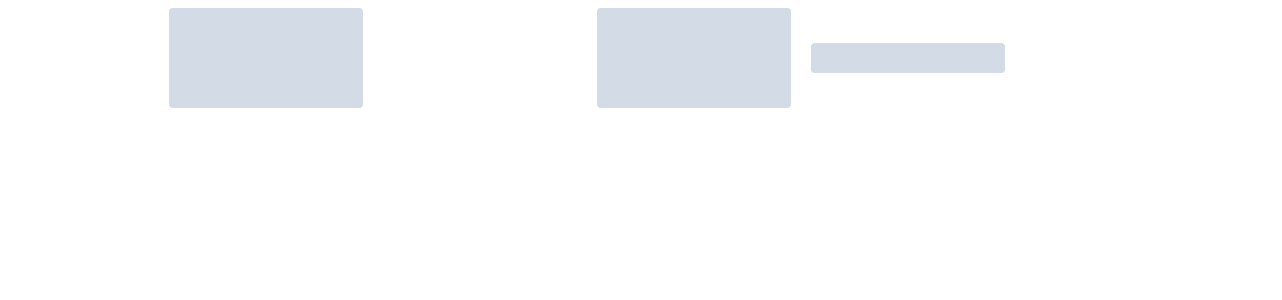
Repository: lagezhou888/element-vue2
Page: /#/button
These files come from the project's save history. The page is drawn as it stood at one moment and after the next save; the edit follows.
The browser window is 1280 px wide. The page is 1282 px wide, so the pictures cover 1282 px, including what lies to the right of the window. The pictures show the whole page.
The project was rebuilt for these pictures with package versions that can differ from the ones it lists, and the page was loaded fresh each time. Also part of the build but not shown: src/components/HelloWorld.vue, src/views/Home.vue.

Above is the page before, as saved 2021-05-13 11:32:23.

### src/main.js
import Vue from 'vue'
import ElementUI from 'element-ui'
import 'element-ui/lib/theme-chalk/index.css'
import App from './App.vue'

// fade/zoom 等
import 'element-ui/lib/theme-chalk/base.css'
// collapse 展开折叠
import CollapseTransition from 'element-ui/lib/transitions/collapse-transition'

import router from './router'
import store from './store'
import '@/plugins/element.js'

Vue.component(CollapseTransition.name, CollapseTransition)
Vue.use(ElementUI, { size: 'small', zIndex: 3000 })
Vue.use(ElementUI)
Vue.config.productionTip = false

new Vue({
  router,
  store,
  render: h => h(App)
}).$mount('#app')

### src/App.vue
<template>
  <div id="app">
    <!-- <div id="nav">
      <router-link to="/">Home</router-link> |
      <router-link to="/about">About</router-link>
    </div> -->
    <router-view/>
  </div>
</template>

<style lang="less">
#app {
  font-family: Avenir, Helvetica, Arial, sans-serif;
  -webkit-font-smoothing: antialiased;
  -moz-osx-font-smoothing: grayscale;
  text-align: center;
  color: #2c3e50;
}

#nav {
  padding: 30px;

  a {
    font-weight: bold;
    color: #2c3e50;

    &.router-link-exact-active {
      color: #42b983;
    }
  }
}
</style>

### src/router/index.js
import Vue from 'vue'
import VueRouter from 'vue-router'
import Home from '../views/Home.vue'

Vue.use(VueRouter)

const routes = [
  {
    path: '/',
    name: 'Home',
    component: Home
  },
  {
    path: '/about',
    name: 'About',
    // route level code-splitting
    // this generates a separate chunk (about.[hash].js) for this route
    // which is lazy-loaded when the route is visited.
    component: () => import(/* webpackChunkName: "about" */ '../views/About.vue')
  },
  {
    path: '/button',
    name: 'button',
    component: () => import('../views/components/use-button.vue')
  }
]

const router = new VueRouter({
  routes
})

export default router

### src/plugins/element.js
import Vue from 'vue'
import {
  Pagination,
  Dialog,
  Autocomplete,
  Dropdown,
  DropdownMenu,
  DropdownItem,
  Menu,
  Submenu,
  MenuItem,
  MenuItemGroup,
  Input,
  InputNumber,
  Radio,
  RadioGroup,
  RadioButton,
  Checkbox,
  CheckboxButton,
  CheckboxGroup,
  Switch,
  Select,
  Option,
  OptionGroup,
  Button,
  ButtonGroup,
  Table,
  TableColumn,
  DatePicker,
  TimeSelect,
  TimePicker,
  Popover,
  Tooltip,
  Breadcrumb,
  BreadcrumbItem,
  Form,
  FormItem,
  Tabs,
  TabPane,
  Tag,
  Tree,
  Alert,
  Slider,
  Icon,
  Row,
  Col,
  Upload,
  Progress,
  Spinner,
  Badge,
  Card,
  Rate,
  Steps,
  Step,
  Carousel,
  CarouselItem,
  Collapse,
  CollapseItem,
  Cascader,
  ColorPicker,
  Transfer,
  Container,
  Header,
  Aside,
  Main,
  Footer,
  Timeline,
  TimelineItem,
  Link,
  Divider,
  Image,
  Calendar,
  Backtop,
  PageHeader,
  CascaderPanel,
  Loading,
  MessageBox,
  Message,
  Notification
} from 'element-ui'

Vue.use(Pagination)
Vue.use(Dialog)
Vue.use(Autocomplete)
Vue.use(Dropdown)
Vue.use(DropdownMenu)
Vue.use(DropdownItem)
Vue.use(Menu)
Vue.use(Submenu)
Vue.use(MenuItem)
Vue.use(MenuItemGroup)
Vue.use(Input)
Vue.use(InputNumber)
Vue.use(Radio)
Vue.use(RadioGroup)
Vue.use(RadioButton)
Vue.use(Checkbox)
Vue.use(CheckboxButton)
Vue.use(CheckboxGroup)
Vue.use(Switch)
Vue.use(Select)
Vue.use(Option)
Vue.use(OptionGroup)
Vue.use(Button)
Vue.use(ButtonGroup)
Vue.use(Table)
Vue.use(TableColumn)
Vue.use(DatePicker)
Vue.use(TimeSelect)
Vue.use(TimePicker)
Vue.use(Popover)
Vue.use(Tooltip)
Vue.use(Breadcrumb)
Vue.use(BreadcrumbItem)
Vue.use(Form)
Vue.use(FormItem)
Vue.use(Tabs)
Vue.use(TabPane)
Vue.use(Tag)
Vue.use(Tree)
Vue.use(Alert)
Vue.use(Slider)
Vue.use(Icon)
Vue.use(Row)
Vue.use(Col)
Vue.use(Upload)
Vue.use(Progress)
Vue.use(Spinner)
Vue.use(Badge)
Vue.use(Card)
Vue.use(Rate)
Vue.use(Steps)
Vue.use(Step)
Vue.use(Carousel)
Vue.use(CarouselItem)
Vue.use(Collapse)
Vue.use(CollapseItem)
Vue.use(Cascader)
Vue.use(ColorPicker)
Vue.use(Transfer)
Vue.use(Container)
Vue.use(Header)
Vue.use(Aside)
Vue.use(Main)
Vue.use(Footer)
Vue.use(Timeline)
Vue.use(TimelineItem)
Vue.use(Link)
Vue.use(Divider)
Vue.use(Image)
Vue.use(Calendar)
Vue.use(Backtop)
Vue.use(PageHeader)
Vue.use(CascaderPanel)

Vue.use(Loading.directive)

Vue.prototype.$loading = Loading.service
Vue.prototype.$msgbox = MessageBox
Vue.prototype.$alert = MessageBox.alert
Vue.prototype.$confirm = MessageBox.confirm
Vue.prototype.$prompt = MessageBox.prompt
Vue.prototype.$notify = Notification
Vue.prototype.$message = Message

### src/views/components/use-button.vue
<template>
  <div>
    <el-row :gutter="20" tag="span" type="flex" align="middle" justify="start">
      <el-col :span="4" :offset="3"><div class="grid-content bg-purple"></div></el-col>
      <el-col :span="4"><div class="kong">&nbsp;</div></el-col>
      <el-col :span="4"><div class="grid-content bg-purple"></div></el-col>
      <el-col :span="4"><div class="grid-content-last bg-purple"></div></el-col>
    </el-row>
  </div>
</template>

<script>
export default ({

})
</script>

<style lang="less" scoped>
  @minH: 100px;
  .bg-purple {
    background: #d3dce6;
  }
  .grid-content {
    border-radius: 4px;
    min-height: @minH;
  }
  .grid-content-last {
    border-radius: 4px;
    min-height: 30px;
  }
  .kong {
    min-height: 1px;
  }
</style>

Loaded but not shown: public/index.html (common file); src/store/index.js (common file)

After the next save:
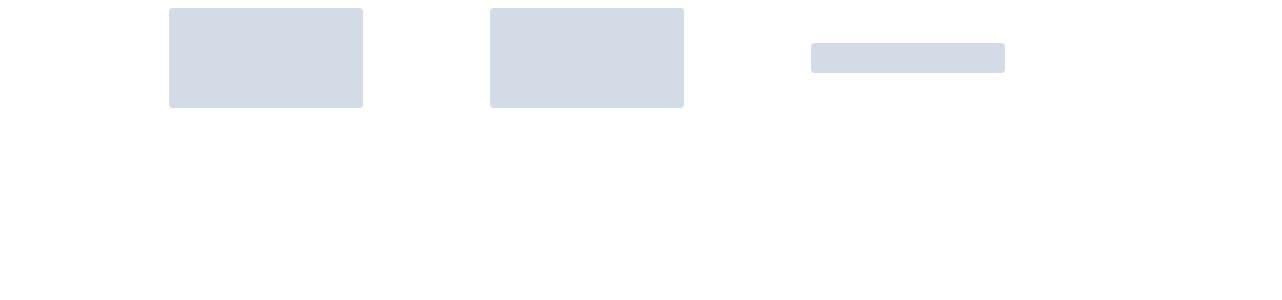
Saved 34 s later.
--- a/src/views/components/use-button.vue
+++ b/src/views/components/use-button.vue
@@ -2,8 +2,8 @@
   <div>
     <el-row :gutter="20" tag="span" type="flex" align="middle" justify="start">
       <el-col :span="4" :offset="3"><div class="grid-content bg-purple"></div></el-col>
-      <el-col :span="4"><div class="kong">&nbsp;</div></el-col>
-      <el-col :span="4"><div class="grid-content bg-purple"></div></el-col>
+      <el-col :span="4" :push="2"><div class="kong">&nbsp;</div></el-col>
+      <el-col :span="4" :pull="2"><div class="grid-content bg-purple"></div></el-col>
       <el-col :span="4"><div class="grid-content-last bg-purple"></div></el-col>
     </el-row>
   </div>
